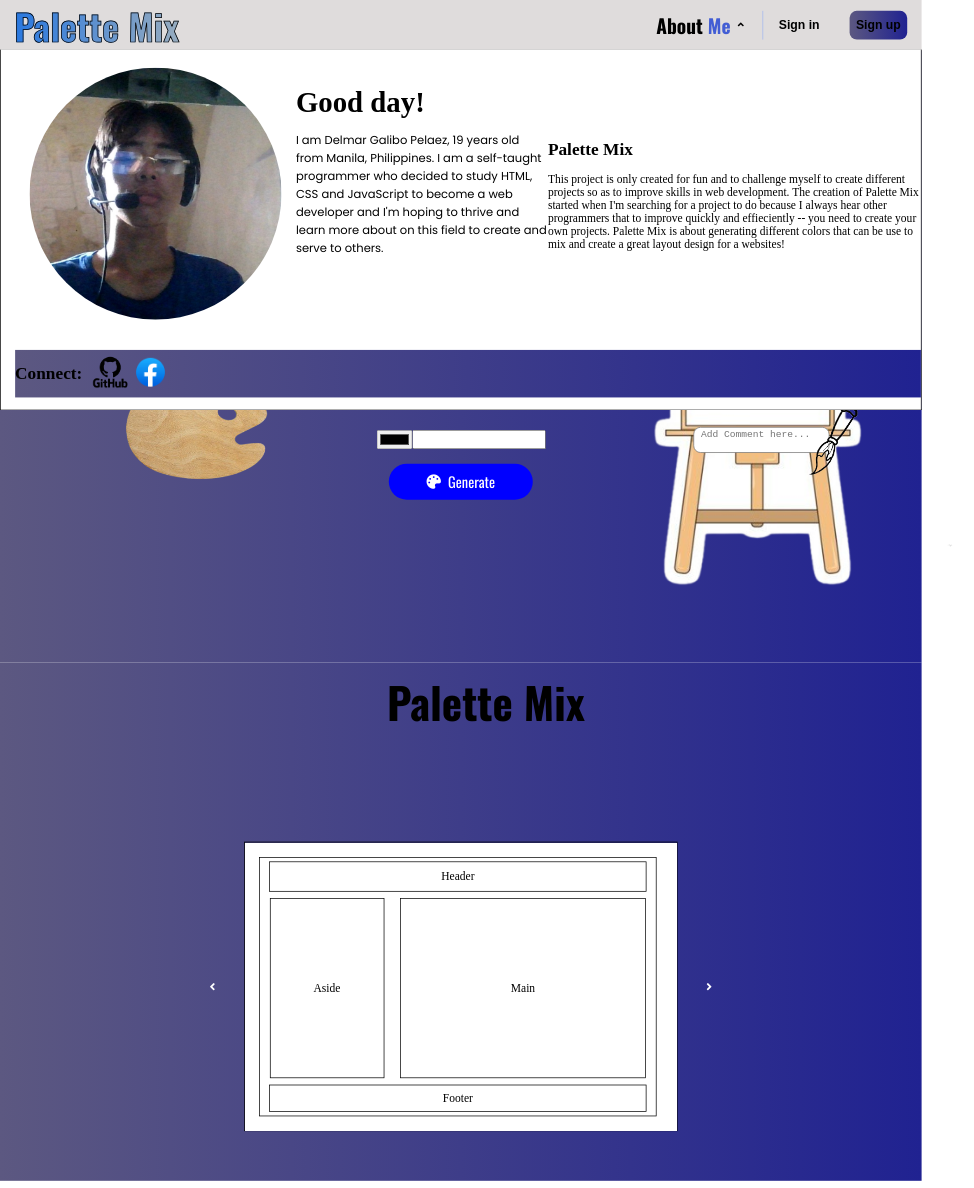
Repository: dmpelaez/Login-Signup-form
Page: Color/colorHeader.html
The author's editor kept a copy of each file at every save. The page is drawn from the files as they stood at one save, then again after the next save.
The browser window is 1280 px wide. The page is 1353 px wide, so the pictures cover 1353 px, including what lies to the right of the window. The pictures show the whole page, at 72% of full size.
Some web libraries are served in a nearby version.

Above is the page before, as saved 2025-12-12 18:33:55.

After the next save:
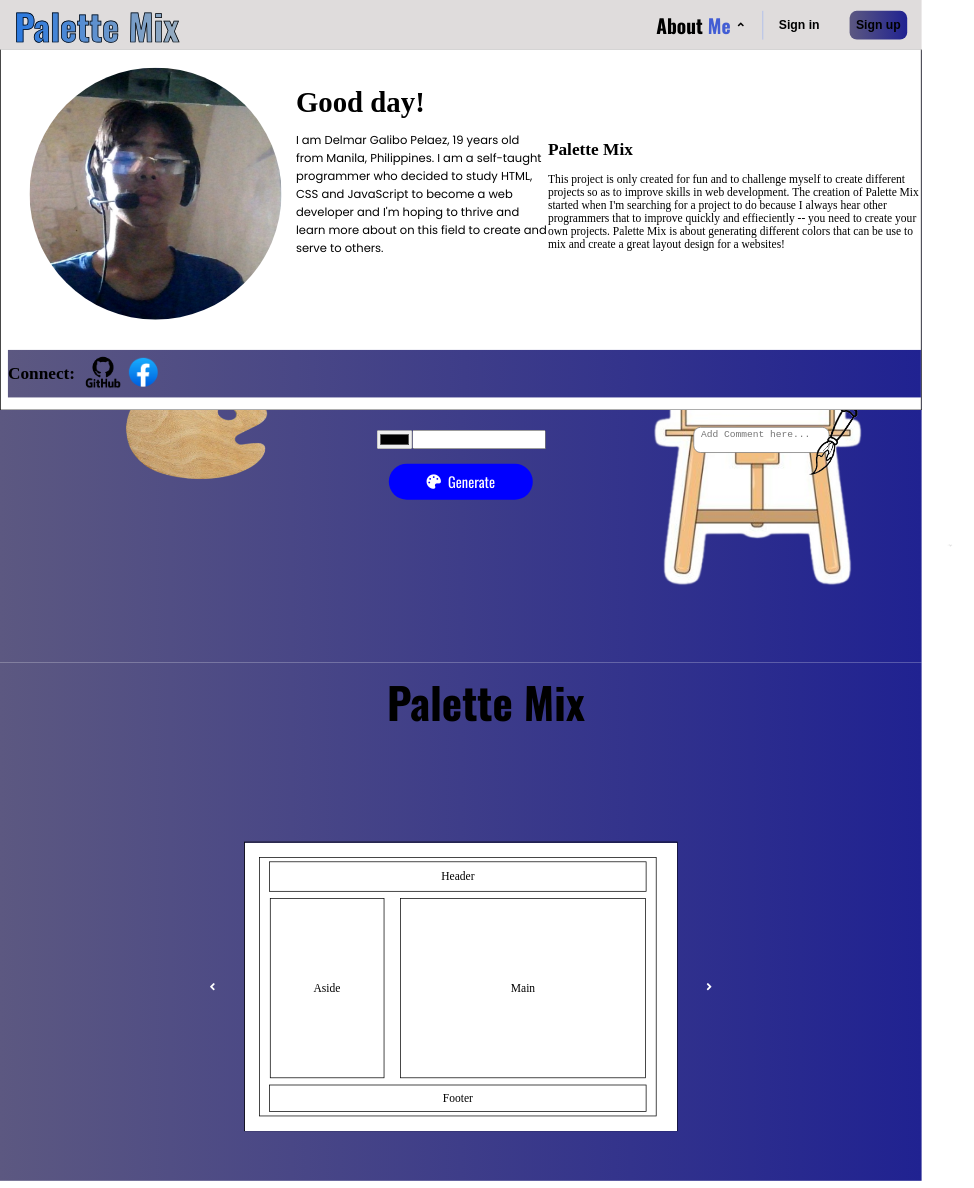
Saved 5 s later.
--- a/Color/colorMain.css
+++ b/Color/colorMain.css
@@ -64,7 +64,7 @@ position: relative;
 }
 .connectSection {
   grid-column: 1 / 2 span;
-  margin-left: 20px;
+  margin-left: 10px;
   background: linear-gradient(90deg, rgb(92, 88, 129), rgb(32, 34, 145));
 }
 .gd {
